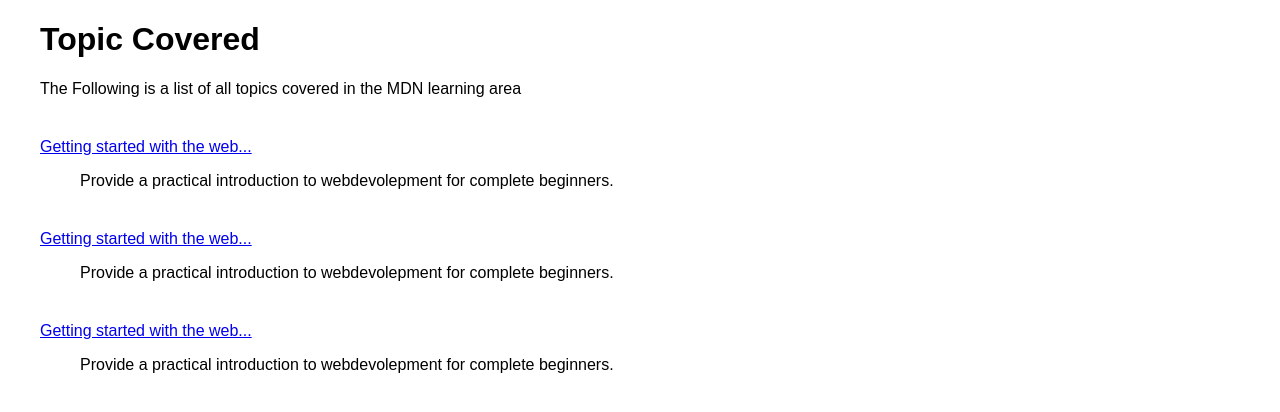
Repository: sriram1224/ReactProjects.github.io
Page: Assignments/Assignment1/index.html
An editor plug-in stored every save of this project. The page is shown before and after the next save, followed by the edit.
The browser window is 1280 px wide. The pictures show the whole page.

Above is the page before, as saved 2024-03-01 10:09:03.

After the next save:
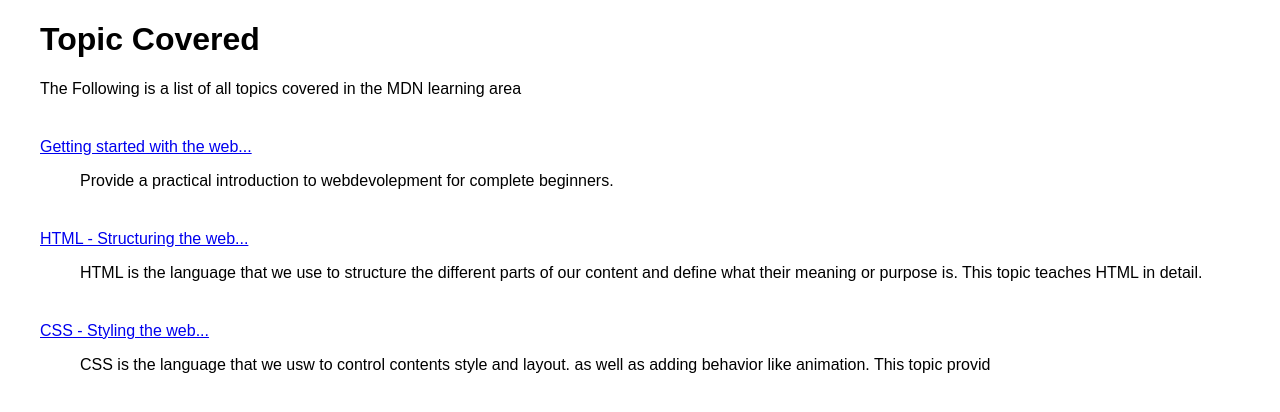
Saved 4 min 26 s later.
--- a/Assignments/Assignment1/index.html
+++ b/Assignments/Assignment1/index.html
@@ -51,14 +51,14 @@
         React.createElement('li', {id: 'para'}, 'Provide a practical introduction to webdevolepment for complete beginners.'),
 
       ]),
-      React.createElement('a', {href: 'http://example.com'}, 'Getting started with the web...'),
+      React.createElement('a', {href: 'http://example.com'}, 'HTML - Structuring the web...'),
       React.createElement('ul', {}, [
-        React.createElement('li', {id: 'para'}, 'Provide a practical introduction to webdevolepment for complete beginners.'),
+        React.createElement('li', {id: 'para'}, 'HTML is the language that we use to structure the different parts of our content and define what their meaning or purpose is. This topic teaches HTML in detail.'),
 
       ]),
-      React.createElement('a', {href: 'http://example.com'}, 'Getting started with the web...'),
+      React.createElement('a', {href: 'http://example.com'}, 'CSS - Styling the web...'),
       React.createElement('ul', {}, [
-        React.createElement('li', {id: 'para'}, 'Provide a practical introduction to webdevolepment for complete beginners.'),
+        React.createElement('li', {id: 'para'}, 'CSS is the language that we usw to control contents style and layout. as well as adding behavior like animation. This topic provid'),
 
       ]),
       ]),
